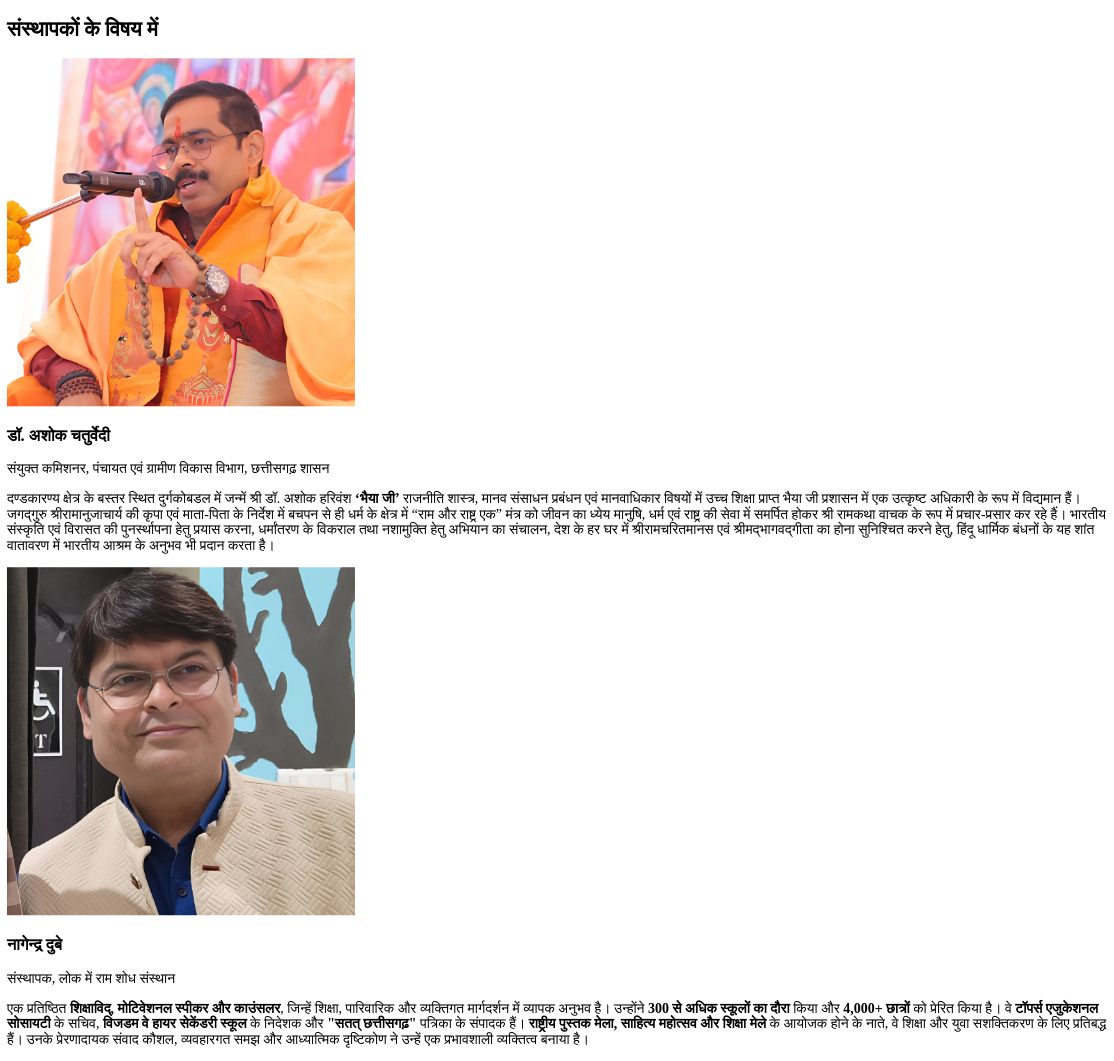
Repository: as-avni/lokmeeram
Page: /sansthapak
These files come from the project's save history. The page is drawn as it stood at one moment and after the next save; the edit follows.
The browser window is 1280 px wide. The pictures show the whole page, at 87% of full size.
The project was rebuilt for these pictures with package versions that can differ from the ones it lists, and the page was loaded fresh each time. The framework's server and built-in components were replaced by stand-ins that run in the browser. Also part of the build but not shown: next.config.ts.

Above is the page before, as saved 2025-06-27 05:25:00.

### src/app/sansthapak/page.tsx
import Team from "../team/page";

export default function Home() {
  return (
    <>
      <div className="bg-[#fff5ef] ">

        <Team />
        {/* <Gallery /> */}

      </div>
      </>
  )
}

### src/app/team/page.tsx
import Image from "next/image"
import { Card, CardContent } from "@/components/ui/card"

export default function Founders() {
    return (
        <section id="team" className="px-4 py-12 md:py-16 bg-[url('/images/background/team-bg.png')] bg-blend-color-burn bg-cover bg-center bg-no-repeat">
        <div className="max-w-6xl mx-auto">
            <h1 className="text-3xl text-black text-center md:text-5xl px-20 font-bold mb-2 md:mb-4">
                <span className="text-orange-600">
                संस्थापकों </span> के
                विषय में
            </h1>

        <div className="grid grid-cols-1 md:grid-cols-2 gap-8 max-w-4xl mx-auto mt-5 md:mt-10">
        <Card className="bg-orange-200 shadow-lg shadow-black">
            <CardContent className="p-6">
            <div className="aspect-square relative mb-4 rounded-lg overflow-hidden">
                <Image
                src="/images/about-team/2.png"
                alt="Team member"
                width={400}
                height={400}
                className="object-cover rounded-full"
                />
            </div>
            <h3 className="text-2xl font-bold mb-1 text-center font-[Poppins]">डॉ. अशोक चतुर्वेदी</h3>
            <p className="text-lg font-semibold text-gray-800 mb-2 prose text-justify">संयुक्त
            कमिशनर, पंचायत एवं ग्रामीण विकास विभाग, छत्तीसगढ़ शासन</p>
            <p className="text-lg text-gray-500 prose text-justify">दण्डकारण्य क्षेत्र के बस्तर स्थित दुर्गकोबडल में जन्में श्री डॉ. अशोक हरिवंश <strong> ‘भैया जी’</strong> राजनीति शास्त्र, मानव संसाधन प्रबंधन एवं मानवाधिकार विषयों में उच्च शिक्षा प्राप्त भैया जी प्रशासन में एक उत्कृष्ट अधिकारी के रूप में विद्यमान हैं।

जगद्गुरु श्रीरामानुजाचार्य की कृपा एवं माता-पिता के निर्देश में बचपन से ही धर्म के क्षेत्र में “राम और राष्ट्र एक” मंत्र को जीवन का ध्येय मानुषि, धर्म एवं राष्ट्र की सेवा में समर्पित होकर श्री रामकथा वाचक के रूप में प्रचार-प्रसार कर रहे हैं।

भारतीय संस्कृति एवं विरासत की पुनर्स्थापना हेतु प्रयास करना, धर्मांतरण के विकराल तथा नशामुक्ति हेतु अभियान का संचालन, देश के हर घर में श्रीरामचरितमानस एवं श्रीमद्भागवद्गीता का होना सुनिश्चित करने हेतु, हिंदू धार्मिक बंधनों के यह शांत वातावरण में भारतीय आश्रम के अनुभव भी प्रदान करता है।</p>
            </CardContent>
        </Card>

        <Card className="bg-orange-200 shadow-lg shadow-black">
            <CardContent className="p-6">
            <div className="aspect-square relative mb-4 rounded-lg overflow-hidden">
                <Image
                src="/images/about-team/3.png"
                alt="Team member"
                width={400}
                height={400}
                className="object-cover rounded-full"
                />
            </div>
            <h3 className="text-2xl font-bold mb-1 text-center font-[Poppins]">नागेन्द्र दुबे </h3>
            <p className="text-lg font-semibold text-gray-800 mb-2 prose text-center">संस्थापक, लोक में राम शोध संस्थान</p>
            <p className="text-lg text-gray-500 prose text-justify">एक प्रतिष्ठित <strong>शिक्षाविद्, मोटिवेशनल स्पीकर और काउंसलर</strong>, जिन्हें शिक्षा, पारिवारिक और व्यक्तिगत मार्गदर्शन में व्यापक अनुभव है। उन्होंने <strong>300 से अधिक स्कूलों का दौरा</strong> किया और <strong>4,000+ छात्रों</strong> को प्रेरित किया है। वे <strong>टॉपर्स एजुकेशनल सोसायटी</strong> के सचिव, <strong>विजडम वे हायर सेकेंडरी स्कूल</strong> के निदेशक और <strong>&quot;सतत् छत्तीसगढ़&quot;</strong> पत्रिका के संपादक हैं। <strong>राष्ट्रीय पुस्तक मेला, साहित्य महोत्सव और शिक्षा मेले</strong> के आयोजक होने के नाते, वे शिक्षा और युवा सशक्तिकरण के लिए प्रतिबद्ध हैं। उनके प्रेरणादायक संवाद कौशल, व्यवहारगत समझ और आध्यात्मिक दृष्टिकोण ने उन्हें एक प्रभावशाली व्यक्तित्व बनाया है।
            </p>
            </CardContent>
        </Card>
        </div>
    </div>
    </section>
    )
}

### src/components/ui/card.tsx
import * as React from "react"

import { cn } from "@/lib/utils"

const Card = React.forwardRef<
  HTMLDivElement,
  React.HTMLAttributes<HTMLDivElement>
>(({ className, ...props }, ref) => (
  <div
    ref={ref}
    className={cn(
      "rounded-xl bg-card text-card-foreground",
      className
    )}
    {...props}
  />
))
Card.displayName = "Card"

const CardHeader = React.forwardRef<
  HTMLDivElement,
  React.HTMLAttributes<HTMLDivElement>
>(({ className, ...props }, ref) => (
  <div
    ref={ref}
    className={cn("flex flex-col space-y-1.5 p-6", className)}
    {...props}
  />
))
CardHeader.displayName = "CardHeader"

const CardTitle = React.forwardRef<
  HTMLDivElement,
  React.HTMLAttributes<HTMLDivElement>
>(({ className, ...props }, ref) => (
  <div
    ref={ref}
    className={cn("font-semibold leading-none tracking-tight", className)}
    {...props}
  />
))
CardTitle.displayName = "CardTitle"

const CardDescription = React.forwardRef<
  HTMLDivElement,
  React.HTMLAttributes<HTMLDivElement>
>(({ className, ...props }, ref) => (
  <div
    ref={ref}
    className={cn("text-sm text-muted-foreground", className)}
    {...props}
  />
))
CardDescription.displayName = "CardDescription"

const CardContent = React.forwardRef<
  HTMLDivElement,
  React.HTMLAttributes<HTMLDivElement>
>(({ className, ...props }, ref) => (
  <div ref={ref} className={cn("p-6 pt-0", className)} {...props} />
))
CardContent.displayName = "CardContent"

const CardFooter = React.forwardRef<
  HTMLDivElement,
  React.HTMLAttributes<HTMLDivElement>
>(({ className, ...props }, ref) => (
  <div
    ref={ref}
    className={cn("flex items-center p-6 pt-0", className)}
    {...props}
  />
))
CardFooter.displayName = "CardFooter"

export { Card, CardHeader, CardFooter, CardTitle, CardDescription, CardContent }

Loaded but not shown: src/lib/utils.ts (common file)

After the next save:
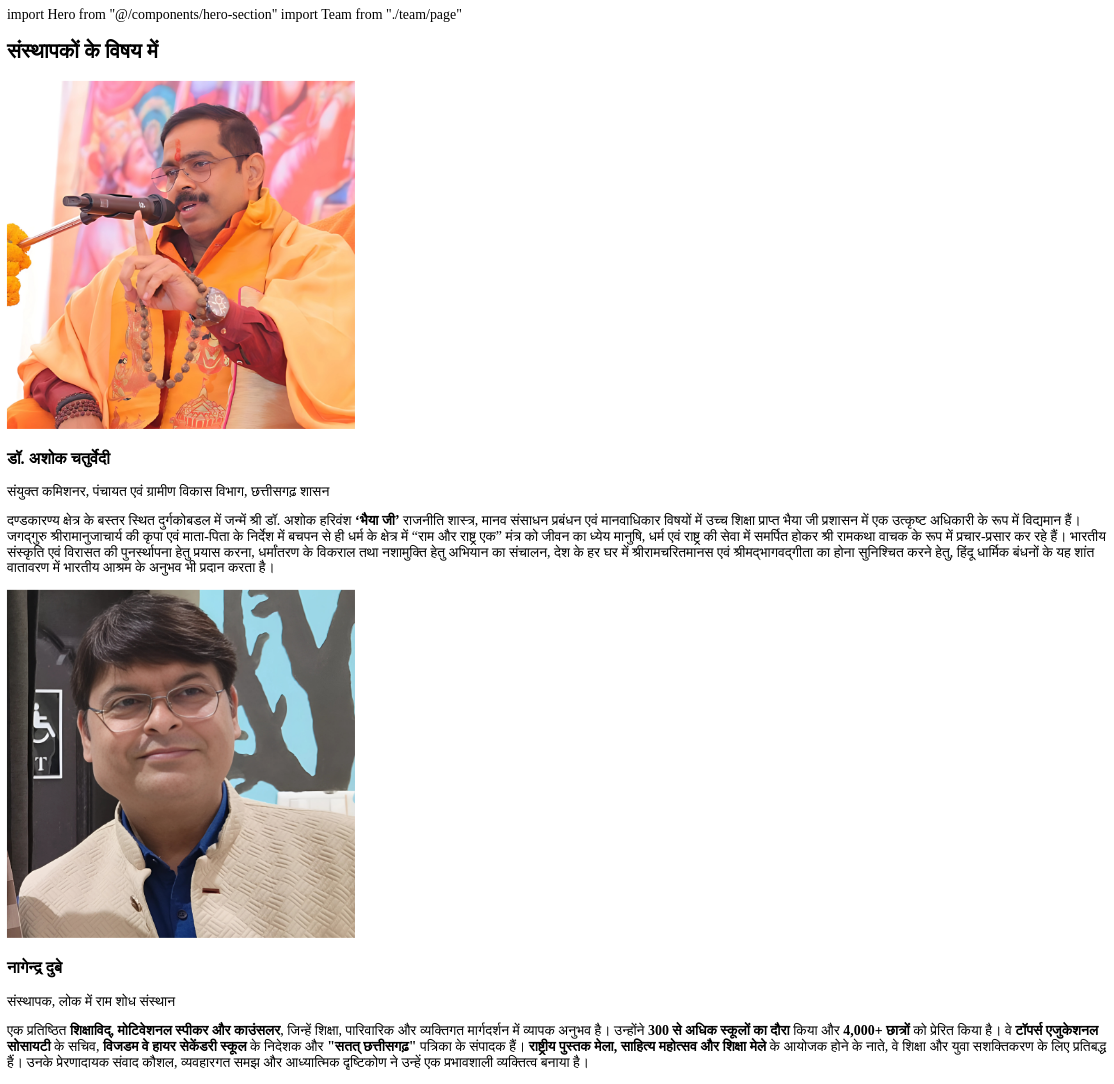
Saved 29 s later.
--- a/src/app/sansthapak/page.tsx
+++ b/src/app/sansthapak/page.tsx
@@ -5,6 +5,8 @@ export default function Home() {
     <>
       <div className="bg-[#fff5ef] ">
 
+     import Hero from "@/components/hero-section"
+import Team from "./team/page"
         <Team />
         {/* <Gallery /> */}
 
